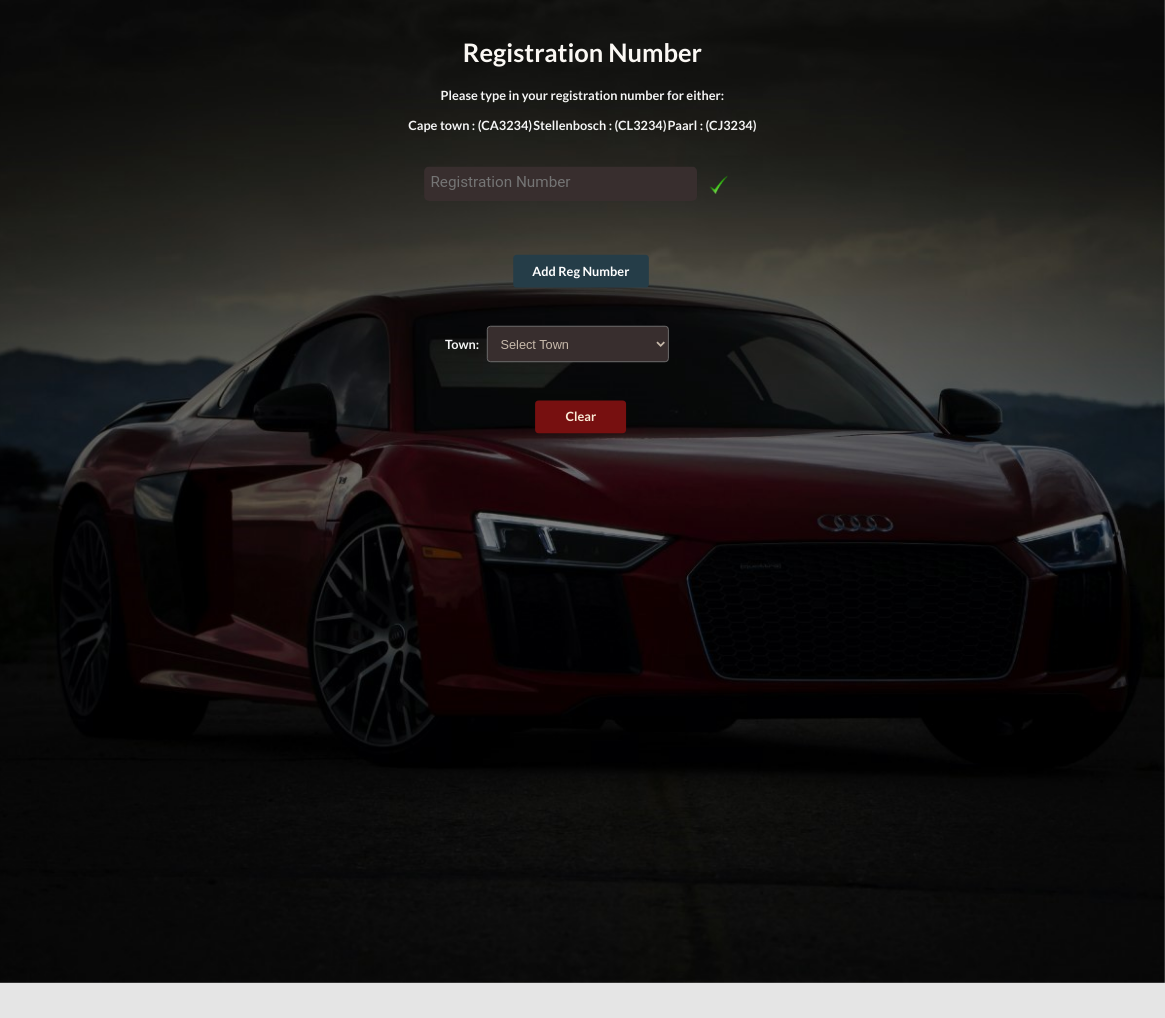
Repository: lasity34/Registration_number
Page: index.html
The author's editor kept a copy of each file at every save. The page is drawn from the files as they stood at one save, then again after the next save.
The browser window is 1280 px wide. The pictures show the whole page, at 91% of full size.

Above is the page before, as saved 2023-05-04 14:54:22.

### index.html
<!DOCTYPE html>
<html lang="en">
  <head>
    <meta charset="UTF-8" />
    <meta http-equiv="X-UA-Compatible" content="IE=edge" />
    <meta name="viewport" content="width=device-width, initial-scale=1.0" />
    <title>Registration number</title>

    <link href="./semantic.css" rel="stylesheet" type="text/css" />
    <link href="./style.css" rel="stylesheet" type="text/css" />
    <link rel="preconnect" href="https://fonts.googleapis.com" />
    <link rel="preconnect" href="https://fonts.gstatic.com" crossorigin />

    <link
      href="https://fonts.googleapis.com/css2?family=Arvo:ital@0;1&display=swap"
      rel="stylesheet"
    />
  </head>
  <body>
    <header>
      <h1>Registration Number</h1>
    </header>
    <div class="info">
      <h5>Please type in your registration number for either:</h5>
      <div class="info_town">
        <p>Cape town : (CA3234)</p>
        <p>Stellenbosch : (CL3234)</p>
        <p>Paarl : (CJ3234)</p>
      </div>
    </div>

    <section class="input_section">
      <div class="form__group">
        <input
          type="text"
          class="form__input"
          id="reg_num"
          placeholder="Registration Number"
        />
        <label for="reg_num" class="form__label">Registration Number</label>
      </div>

      <div class="validCheck">
        <div class="valid"></div>
        <p id="error"></p>
      </div>
    </section>
    <section class="btn_container">
      <button class="ui button add_btn">Add Reg Number</button>
    </section>

    <div class="message">
      <div class="added_item"></div>
    </div>
    <section class="select_town">
      <label for="dropdown">Town:</label>
      <select id="dropdown" name="dropdown">
        <option value="select_town" class="town">Select Town</option>
        <option value="cape town" class="town">Cape Town</option>
        <option value="stellenbosch" class="town">Stellenbosch</option>
        <option value="paarl" class="town">Paarl</option>
      </select>
      <div class="space_select"></div>
    </section>
    <section class="btn_container clear">
      <button class="ui button clear_btn">Clear</button>
    </section>
    <section id="reg_display_container">
      <ul class="reg_display"></ul>
      <div class="error_image"></div>

      <p class="filter_message"></p>
    </section>

    <script src="./registration_factory.js"></script>
    <script src="./registration.js"></script>
    <script></script>
  </body>
</html>

<!-- !locationArr.some((reg) => reg.reg === regInput) -->

### style.css
html {
  background: url(./images/car_background.jpg) center / cover no-repeat;
  background-color: rgba(0, 0, 0, 0.1);
  height: 150vh;
  font-family: "Arvo", serif;
  font-weight: 700;
  color: #fff;
}

header {
  display: flex;
  justify-content: center;
  text-align: center;
  color: rgb(251, 248, 244);
  font-size: 1.4rem;
  margin-top: 2em;
}

.info {
  display: flex;
  flex-direction: column;
  align-items: center;
  margin: 1.5em auto;
  text-align: center;
}

.info_town {
  display: flex;
  justify-content: space-around;
  width: 30%;
}
/* input */
.input_section {
  display: flex;
  justify-content: center;
  align-content: center;
  margin-bottom: 2em;
}

.form__label {
  font-family: "Roboto", sans-serif;
  font-size: 1.2rem;
  text-align: center;
  margin-top: 0.7em;
  display: block;
  transition: all 0.3s;
  transform: translateY(0rem);
  color: rgb(213, 222, 222);
}

.form__input {
  font-family: "Roboto", sans-serif;
  color: #baa3a3;
  font-size: 1.2rem;
  margin: 0 auto;
  padding: 0.5rem;
  border-radius: 0.4rem;
  background-color: rgb(56, 46, 46);
  border: none;
  width: 20%;
  min-width: 300px;
  display: block;
  border-bottom: 0.3rem solid transparent;
  transition: all 0.3s;
}

.form__input:placeholder-shown + .form__label {
  opacity: 0;
  visibility: hidden;
  -webkit-transform: translateY(-4rem);
  transform: translateY(-4rem);
  color: aliceblue;
}

/* message */
.message {
  display: flex;
  justify-content: center;
}

.added_item {
  margin: 0 auto;
}

.message_container {
  position: relative;
  padding: 10px;
  width: 20%;
  margin: 30px 10px;
  box-shadow: 0 2px 5px rgba(0, 0, 0, 0.3);
  background: #124e23;
  color: #fff;
  text-align: center;
  -webkit-transition: all 0.5s ease;
  -moz-transition: all 0.5s ease;
  -ms-transition: all 0.5s ease;
  -o-transition: all 0.5s ease;
  transition: all 0.5s ease;
}
.message_container:hover {
  box-shadow: 0 15px 20px rgba(10, 0, 10, 0.3);
  -webkit-filter: brightness(110%);
}

.message_container.message {
  background: rgb(35, 185, 29);
}

/*  button */

.btn_container {
  display: flex;
  justify-content: center;
  margin-bottom: 3em;
}

.add_btn {
  background-color: #253d48;
  color: #fff;
}

.add_btn:hover {
  background-color: #316075;
}

.clear {
  margin-bottom: 1em;
}

.clear_btn {
  width: 100px;
  background-color: rgb(119, 16, 16);
  color: antiquewhite;
}

.clear_btn:hover {
  background-color: rgb(174, 35, 35);
}

/* valid checker */
.validCheck {
  display: flex;

  height: 40px;
}

.valid {
  background-image: url("./images/green-tick\(2\).png");
  background-position: right center;
  background-repeat: no-repeat;
  width: 20px;
  margin-left: 1em;
}

.invalid {
  background-image: url("./images/close\(1\)\(1\).png");
  background-position: right center;
  background-repeat: no-repeat;
}

#error {
  margin-left: 1em;
  align-self: center;
}

/* licence plate */

#reg_display_container {
  display: flex;
  justify-content: center;
  align-items: center;

  flex-direction: column;
  text-align: center;
  list-style: none;
}

ul {
  display: flex;
  justify-content: center;
  flex-wrap: wrap;
  width: 50%;
}

li {
  list-style: none;
  font-size: 2rem;
  font-weight: bold;
  align-self: center;
  width: 30%;
  min-width: 150px;
  margin-right: 0.5em;
  margin-top: 0.5em;
  background-color: rgb(244, 244, 233);
  border: 3px solid black;
  border-radius: 10px;
  color: black;
  letter-spacing: 4px;
  padding: 0.3em 0;
}

@media only screen and (max-width: 968px) {
  .input_section {
    flex-direction: column;
    margin-bottom: 1em;
  }

  .form__input {
    width: 40%;
    min-width: 190px;
  }

  .btn-12 {
    margin-left: 35%;
  }

  .clear_btn {
    margin-left: 40%;
  }

  .validCheck {
    margin-top: 1em;
    align-self: center;
  }

  .info_town {
    flex-direction: column;
  }
}

@media only screen and (max-width: 468px) {
  .btn-12 {
    margin-left: 22%;
  }

  .clear_btn {
    margin-left: 30%;
  }

  li {
    margin-right: 50px;
  }
}

.select_town {
  display: flex;
  justify-content: center;
  margin-right: 4em;
  margin-bottom: 3em;
}

.select_town label {
  align-self: center;
  margin-right: 0.6em;
}

select {
  color: rgba(250, 235, 215, 0.742);
  padding: 10px;
  font-size: 1rem;

  border-radius: 4px;
  background-color: rgb(56, 46, 46);
  width: 200px;
}

option {
  margin: 1em 0;
  display: block;
}

.error_image {
  font-size: 1.4rem;
}

### registration_factory.js
function registrationNumber() {
  let regInput = "";
  let errorMessage = "";
  let addedMessage = ""
  let locationVal = "";
  const regexNumLet = /^[a-zA-Z0-9]*$/;
  const firstTwoLetterCheck = /^[a-zA-Z]{2,3}[a-zA-Z0-9]?[0-9]*(-[0-9]*)?$/





  let filterMessage = "";
  let locationArr = [];
  let filteredArr = [];

  function setValueInput(input) {
    regInput = input.replace(/[a-zA-Z]/g, (letter) => letter.toUpperCase()).replace(/\s+/g, '').trim()

  }



  function setLocationValue(location) {
    locationVal = location;
  }



  function setSavedArr(arr) {
    locationArr = arr;
    console.log(locationArr)
  }

  function getLocationFromPrefix(prefix) {
    const locations = {
      "CL": "stellenbosch",
      "CA": "cape town",
      "CJ": "paarl",
    }
    return locations[prefix]
    }



  // Creates new object



   function addRegistrationNumber() {
    // ...
    const location = getLocationFromPrefix(regInput.substring(0, 2));
    if (location && !locationArr.some((reg) => reg.reg === regInput)) {
      locationArr.push({
        reg: regInput,
        count: 0,
        regLocation: regInput.substring(0, 2),
        location: location,
      });
      addedMessage = `Licence plate has been added to ${location}`;
      return true;
    }
    return false;
  }


  // tests for error messages

  function testValueInput() {
    if (5 > regInput.length) {
      errorMessage = "Too short";
    } else if (!firstTwoLetterCheck.test(regInput)) {
      errorMessage = "only First 2 must be letters";
    } else if (
      !regInput.startsWith("CJ") &&
      !regInput.startsWith("CL") &&
      !regInput.startsWith("CA")
    ) {
      errorMessage = "Has to start with CA, CJ or Cl";
    } else if (10 < regInput.length) {
      errorMessage = "Too long";
    } else if (locationArr.some((reg) => reg.reg === regInput)) {
      errorMessage = "Already used";
    } else {
      errorMessage = "";
    }
  }

  function filterReg() {
    if (locationVal === "select_town") {
      filteredArr = locationArr.map((reg) => reg.reg);
    } else {
      filteredArr = locationArr
        .filter((reg) => reg.location === locationVal)
        .map((reg) => reg.reg);
    }
  }

  function filteredMessage() {
    if ((filteredArr.length === 0 && locationVal === "select_town")) {
      return (filterMessage = `The are no reg numbers for any town`);
    } else if ((filteredArr.length === 0)) {
      return (filterMessage = `The are no reg numbers for ${locationVal.charAt(0).toUpperCase() + locationVal.slice(1)}`);
    } else {
      return (filterMessage = "");
    }

  }


  function getValueInput() {
    if (
      (
        5 <= regInput.length &&
        10 > regInput.length &&
        !locationArr.some((reg) => reg.reg === regInput) &&
        regInput.startsWith("CJ")) ||
      regInput.startsWith("CL") ||
      (regInput.startsWith("CA") && firstTwoLetterCheck.test(regInput))
    ) {

      return regInput;
    } else {
      return undefined;
    }
  }

  function getArr() {
    return locationArr;
  }

  function getFilteredArr() {
    return filteredArr;
  }

  function getErrorMessage() {
    return errorMessage;
  }

  function getLocationValue() {
    return locationVal
  }

  function getMessage() {
    return addedMessage
  }

  return {
    setValueInput,
    setLocationValue,
    getLocationValue,
    getValueInput,
    testValueInput,
    getErrorMessage,
    addRegistrationNumber,
    getMessage,
    filterReg,
    getArr,
    getFilteredArr,
    setSavedArr,
    filteredMessage,
  };
}

### registration.js
const addRegNumBtn = document.querySelector(".add_btn");
const clearBtn = document.querySelector(".clear_btn");
const regInput = document.querySelector(".form__input");
const regDisplay = document.querySelector(".reg_display");
const errorMessage = document.querySelector("#error");
const validator = document.querySelector(".valid");
const townList = document.querySelector("#dropdown");
const town = document.querySelector(".town");
const messageDisplay = document.querySelector(".added_item");
const filterMessageDisplay = document.querySelector(".filter_message");
const errorImage = document.querySelector(".error_image");

const regInstance = registrationNumber();

// global code

let regArr = JSON.parse(localStorage.getItem("regNum")) || [];

regInstance.setSavedArr(regArr);
regInstance.setLocationValue(townList.value);


// when refresh the list will still display
if (Array.isArray(regArr)) {
  regArr.forEach((reg) => {
    const newLi = document.createElement("li");
    newLi.textContent = reg.reg;
    regDisplay.appendChild(newLi);
  });
}

// add reg number

function registrationNumAdd() {
  // set value

  const regValue = regInput.value;


  regInstance.setValueInput(regValue.trim());
  // get value after all validations
  const reg = regInstance.getValueInput();


  // when add is clicked error is cleared
  errorImage.innerHTML = "";
  filterMessageDisplay.innerHTML = "";

  // if reg value is true object will be created an stored
  if (reg) {
    if (regInstance.addRegistrationNumber()) {
      const storedRegArr = regInstance.getArr();

      //  local storage will save all data
      localStorage.setItem("regNum", JSON.stringify(storedRegArr));

      // message for every place added
      messageDisplay.classList.add("message_container");
      messageDisplay.innerHTML = regInstance.getMessage();
      function timeout() {
        messageDisplay.classList.remove("message_container");
        messageDisplay.innerHTML = "";
      }
      setTimeout(timeout, 2000);
    }


    //  this will create populate list even if on a filter/ selected town
    regInstance.filterReg();
    regDisplay.innerHTML = "";
    const newRegArr = regInstance.getFilteredArr() || [];
    newRegArr.forEach((reg) => {
      const newLi = document.createElement("li");
      newLi.textContent = reg;
      regDisplay.appendChild(newLi);
    });
  }

  // resets input value
  regInput.value = "";
}

// validator message code

function inputValid() {
  const regValue = regInput.value;
  regInstance.setValueInput(regValue);
  regInstance.testValueInput();

  if (regInstance.getErrorMessage()) {
    errorMessage.innerHTML = regInstance.getErrorMessage();
    validator.classList.add("invalid");
  } else {
    validator.classList.remove("invalid");
    errorMessage.innerHTML = "";
  }
}

//  clears all data
function clear() {
  const userConfirm = confirm("Are you sure you want to clear all data?");

  if (userConfirm) {
    localStorage.clear();
    errorMessage.innerHTML = "";
    regDisplay.innerHTML = "";
    regInput.value = "";
    regArr = [];
    townList.value = "select_town";
    localStorage.setItem("regNum", JSON.stringify([]));
    regInstance.setSavedArr(regArr);
    errorImage.innerHTML = "";
    filterMessageDisplay.innerHTML = "";
  }
}


//  filters towns from the drop box
function selectTown() {
  regInstance.setLocationValue(townList.value);
  regInstance.filterReg();
  const filteredArr = regInstance.getFilteredArr();
  const filterMessage = regInstance.filteredMessage();

  if (filteredArr.length === 0) {
    errorImage.innerHTML = '<img src="./images/not_found.svg" width="200"/>';
  } else {
    errorImage.innerHTML = "";
  }
  filterMessageDisplay.innerHTML = filterMessage;
  regDisplay.innerHTML = "";
  if (filteredArr) {
    filteredArr.forEach((reg) => {
      const newLi = document.createElement("li");
      newLi.textContent = reg;
      regDisplay.appendChild(newLi);
    });
  } else {
    regDisplay.innerHTML = "";
  }
}

townList.addEventListener("click", selectTown);
clearBtn.addEventListener("click", clear);
addRegNumBtn.addEventListener("click", registrationNumAdd);
regInput.addEventListener("input", inputValid);

Loaded but not shown: semantic.css (library)

After the next save:
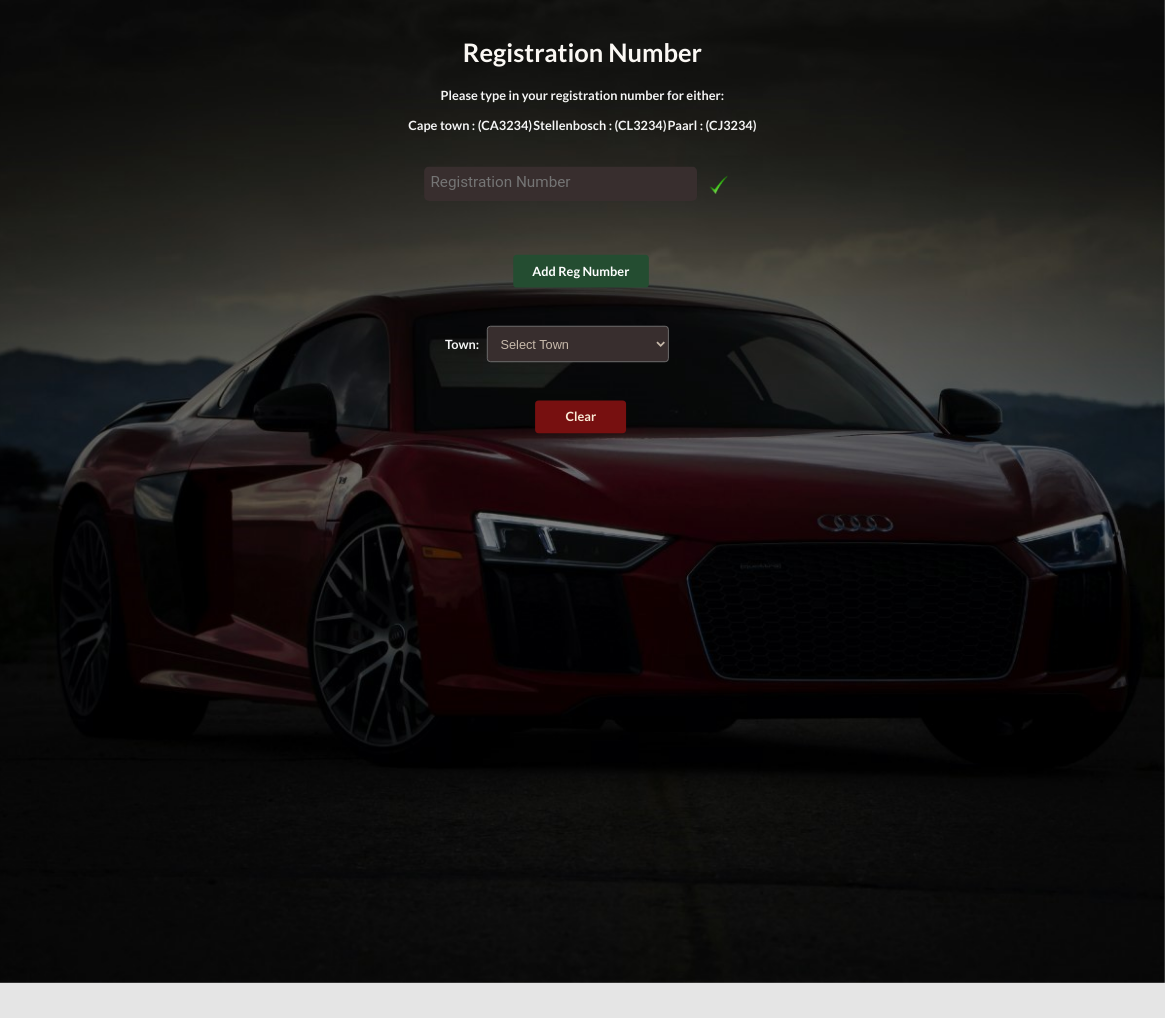
Saved 8 s later.
--- a/style.css
+++ b/style.css
@@ -115,12 +115,12 @@
 }
 
 .add_btn {
-  background-color: #253d48;
+  background-color: #244d31;
   color: #fff;
 }
 
 .add_btn:hover {
-  background-color: #316075;
+  background-color: #226a31;
 }
 
 .clear {
